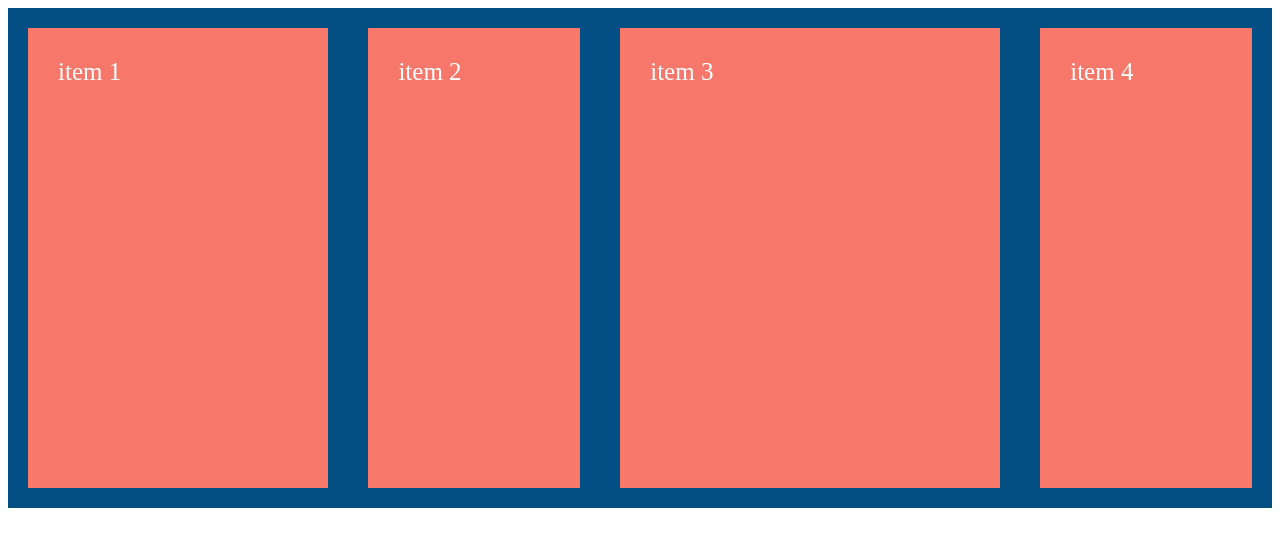
Repository: mehmetbuber38/flex
Page: flex-item-properties.html
These files come from the project's save history. The page is drawn as it stood at one moment and after the next save; the edit follows.
The browser window is 1280 px wide. The pictures show the whole page.

Above is the page before, as saved 2022-01-31 20:35:32.

After the next save:
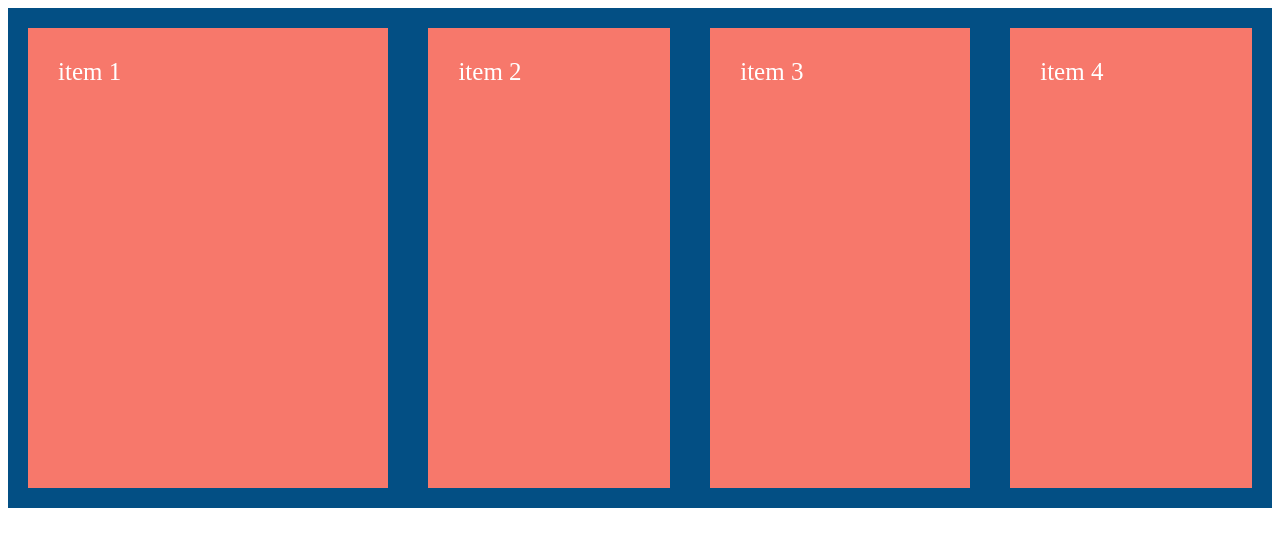
Saved 58 s later.
--- a/flex-item-properties.html
+++ b/flex-item-properties.html
@@ -27,7 +27,7 @@
     }
 
     .item-3 {
-        flex-basis: 20rem;
+        flex-basis: 200px;
     }
 
     .item-4 {
